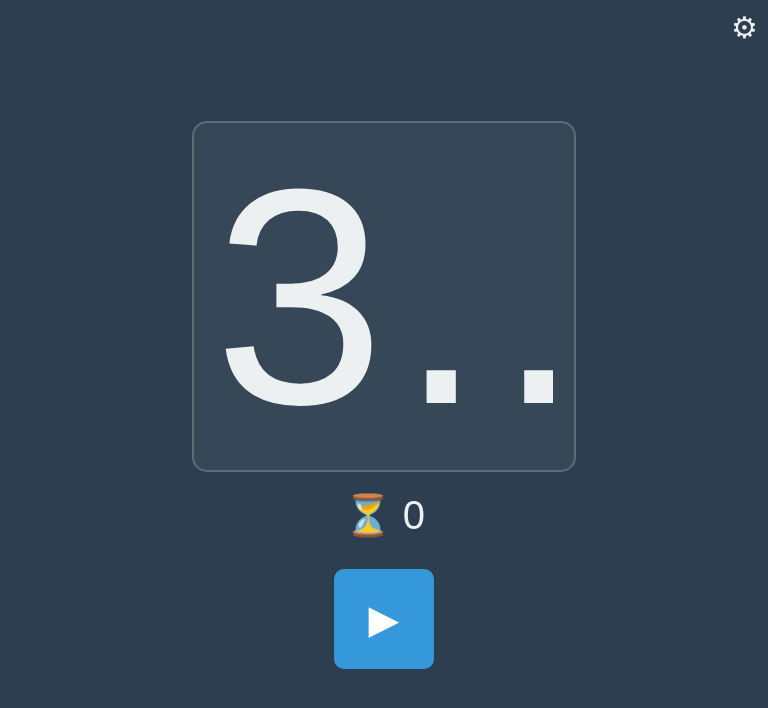
Repository: STnaidoo/poker-shot-clock
Page: index.html
An editor plug-in stored every save of this project. The page is shown before and after the next save, followed by the edit.
The browser window is 768 px wide. The pictures show the whole page.

Above is the page before, as saved 2024-10-31 16:28:49.

### index.html
<!DOCTYPE html>
<html>
<head>
    <title>Poker Shot Clock</title>
    <style>
        body {
            position: relative;
            font-family: Arial, sans-serif;
            display: flex;
            flex-direction: column;
            justify-content: center;
            align-items: center;
            background-color: #2c3e50;
            color: #ecf0f1;
            margin: 0;
            padding: 0;
            transition: background-color 0.5s;
            text-align: center;
            height: 100vh;
        }

        #settingsIcon {
            position: absolute;
            top: 10px;
            right: 10px;
            font-size: 30px;
            cursor: pointer;
        }

        #timerContainer {
            position: relative;
            cursor: pointer;
            user-select: none;
            padding: 20px;
            border-radius: 15px;
            border: 2px solid rgba(255, 255, 255, 0.2); /* Subtle border always visible */
            background-color: rgba(255, 255, 255, 0.05); /* Subtle background color always visible */
            transition: border-color 0.3s, background-color 0.3s;
            display: flex;
            align-items: center;
            justify-content: center;
            width: 50%;
            max-width: 600px;
            min-width: 300px;
            box-sizing: border-box;
        }

        #timerContainer:hover {
            border-color: #f1c40f; /* Highlight border on hover */
            background-color: rgba(241, 196, 15, 0.1); /* Subtle background highlight on hover */
        }

        #timer {
            font-size: 20vw;
            line-height: 1;
            margin: 0;
            color: #ecf0f1;
            transition: color 0.3s;
            text-align: center;
            max-width: 100%;
            overflow: hidden;
            white-space: nowrap;
            text-overflow: ellipsis;
        }

        #timerContainer:hover #timer {
            color: #f1c40f;
        }

        #timeBanks {
            font-size: 5vh;
            margin-top: 20px;
            display: flex;
            align-items: center;
            justify-content: center;
        }

        #timeBanksIcon {
            font-size: 5vh;
            margin-right: 10px;
        }

        #buttons {
            margin-top: 20px;
            display: flex;
            justify-content: center;
        }

        .button {
            font-size: 5vh;
            width: 100px;
            height: 100px;
            margin: 10px;
            background-color: #3498db;
            border: none;
            color: #fff;
            cursor: pointer;
            border-radius: 10px;
            display: flex;
            align-items: center;
            justify-content: center;
        }

        .button:active {
            background-color: #2980b9;
        }

        /* Added media query for tablets and phones */
        @media (max-width: 768px) {
            #timer {
                font-size: 40vw;
            }
        }
    </style>
</head>
<body>

    <div id="settingsIcon">⚙</div>

    <div id="timerContainer">
        <div id="timer">30</div>
    </div>

    <div id="timeBanks">
        <div id="timeBanksIcon">⏳</div>
        <div id="timeBanksText">0</div>
    </div>

    <div id="buttons">
        <button id="toggleButton" class="button">▶</button>
    </div>

    <script>
        var timerDisplay = document.getElementById('timer');
        var timeBanksText = document.getElementById('timeBanksText');
        var toggleButton = document.getElementById('toggleButton');
        var settingsIcon = document.getElementById('settingsIcon');
        var timerContainer = document.getElementById('timerContainer');

        var timeLeft;
        var initialTime;
        var timerId;
        var isRunning = false;
        var timeBanksOwed = 0;

        // Load the timer duration from localStorage or use default
        if (localStorage.getItem('timerDuration')) {
            initialTime = parseInt(localStorage.getItem('timerDuration'));
        } else {
            initialTime = 30; // default value
        }
        timeLeft = initialTime;
        timerDisplay.textContent = timeLeft;

        toggleButton.addEventListener('click', function() {
            if (!isRunning) {
                timerId = setInterval(countdown, 1000);
                isRunning = true;
                toggleButton.textContent = '⏸';
            } else {
                clearInterval(timerId);
                document.body.style.backgroundColor = '#2c3e50'; // Reset background color
                isRunning = false;
                toggleButton.textContent = '▶';
            }
        });

        timerContainer.addEventListener('click', resetTimer);

        settingsIcon.addEventListener('click', function() {
            window.location.href = 'settings.html';
        });

        function countdown() {
            // Decrement timeLeft
            timeLeft--;

            if (timeLeft >= 0) {
                timerDisplay.textContent = timeLeft;
            }

            if (timeLeft <= 5 && timeLeft >= 0) {
                // Flash red on the second
                document.body.style.backgroundColor = '#e74c3c'; // Flash red
                playTick();

                // Return to original color after half a second
                setTimeout(function() {
                    document.body.style.backgroundColor = '#2c3e50'; // Original color
                }, 500);
            } else {
                // Ensure background color is set to default if not flashing
                document.body.style.backgroundColor = '#2c3e50';
            }

            if (timeLeft < 0) {
                // Time has expired
                timeBanksOwed++;
                updateTimeBanksDisplay();
                playBeep();

                // Reset timer
                timeLeft = initialTime;
                timerDisplay.textContent = timeLeft;
                document.body.style.backgroundColor = '#2c3e50';
            }
        }

        function playBeep() {
            var context = new (window.AudioContext || window.webkitAudioContext)();
            var oscillator = context.createOscillator();
            var gainNode = context.createGain();

            oscillator.type = "triangle";
            oscillator.frequency.setValueAtTime(260, context.currentTime); // Slightly higher frequency

            gainNode.gain.setValueAtTime(1, context.currentTime);
            gainNode.gain.exponentialRampToValueAtTime(0.001, context.currentTime + 0.5); // Smooth fade out

            oscillator.connect(gainNode);
            gainNode.connect(context.destination);

            oscillator.start();
            oscillator.stop(context.currentTime + 0.5); // Longer duration
        }

        function playTick() {
            var context = new (window.AudioContext || window.webkitAudioContext)();
            var oscillator = context.createOscillator();
            oscillator.type = "square";
            oscillator.frequency.setValueAtTime(880, context.currentTime); // Higher frequency for tick
            oscillator.connect(context.destination);
            oscillator.start();
            oscillator.stop(context.currentTime + 0.05); // Tick duration in seconds
        }

        function playRestartSound() {
            var context = new (window.AudioContext || window.webkitAudioContext)();

            // Create a buffer with white noise
            var bufferSize = context.sampleRate * 0.03; // 30ms duration
            var buffer = context.createBuffer(1, bufferSize, context.sampleRate);
            var data = buffer.getChannelData(0);

            for (var i = 0; i < bufferSize; i++) {
                data[i] = (Math.random() * 2 - 1) * Math.pow(1 - i / bufferSize, 2); // Exponential decay
            }

            // First noise burst
            var noise1 = context.createBufferSource();
            noise1.buffer = buffer;
            noise1.connect(context.destination);
            noise1.start(context.currentTime);

            // Second noise burst, shortly after the first
            var noise2 = context.createBufferSource();
            noise2.buffer = buffer;
            noise2.connect(context.destination);
            noise2.start(context.currentTime + 0.2); // 200 milliseconds later
        }

        function resetTimer() {
            clearInterval(timerId);
            timeLeft = initialTime;
            timerDisplay.textContent = timeLeft;
            document.body.style.backgroundColor = '#2c3e50'; // Reset background color
            playRestartSound(); // Play restart sound
            isRunning = true;
            timerId = setInterval(countdown, 1000);
            toggleButton.textContent = '⏸';

            // Reset time banks owed to zero
            timeBanksOwed = 0;
            updateTimeBanksDisplay();
        }

        function updateTimeBanksDisplay() {
            timeBanksText.textContent = timeBanksOwed;
        }
    </script>

</body>
</html>

After the next save:
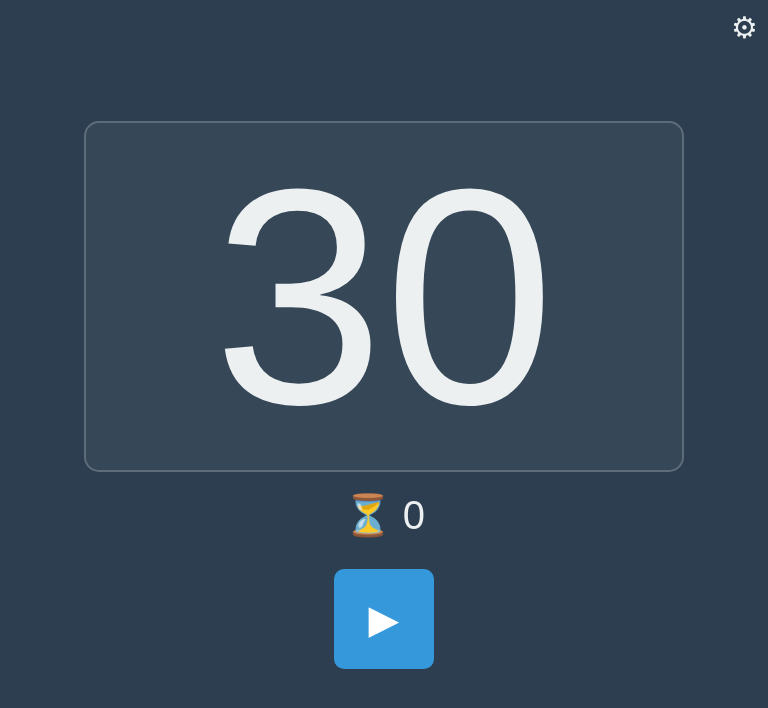
Saved 40 min 9 s later.
--- a/index.html
+++ b/index.html
@@ -33,8 +33,8 @@
             user-select: none;
             padding: 20px;
             border-radius: 15px;
-            border: 2px solid rgba(255, 255, 255, 0.2); /* Subtle border always visible */
-            background-color: rgba(255, 255, 255, 0.05); /* Subtle background color always visible */
+            border: 2px solid rgba(255, 255, 255, 0.2);
+            background-color: rgba(255, 255, 255, 0.05);
             transition: border-color 0.3s, background-color 0.3s;
             display: flex;
             align-items: center;
@@ -46,8 +46,8 @@
         }
 
         #timerContainer:hover {
-            border-color: #f1c40f; /* Highlight border on hover */
-            background-color: rgba(241, 196, 15, 0.1); /* Subtle background highlight on hover */
+            border-color: #f1c40f;
+            background-color: rgba(241, 196, 15, 0.1);
         }
 
         #timer {
@@ -110,6 +110,10 @@
             #timer {
                 font-size: 40vw;
             }
+
+            #timerContainer {
+                width: 80%; /* Increased width */
+            }
         }
     </style>
 </head>
